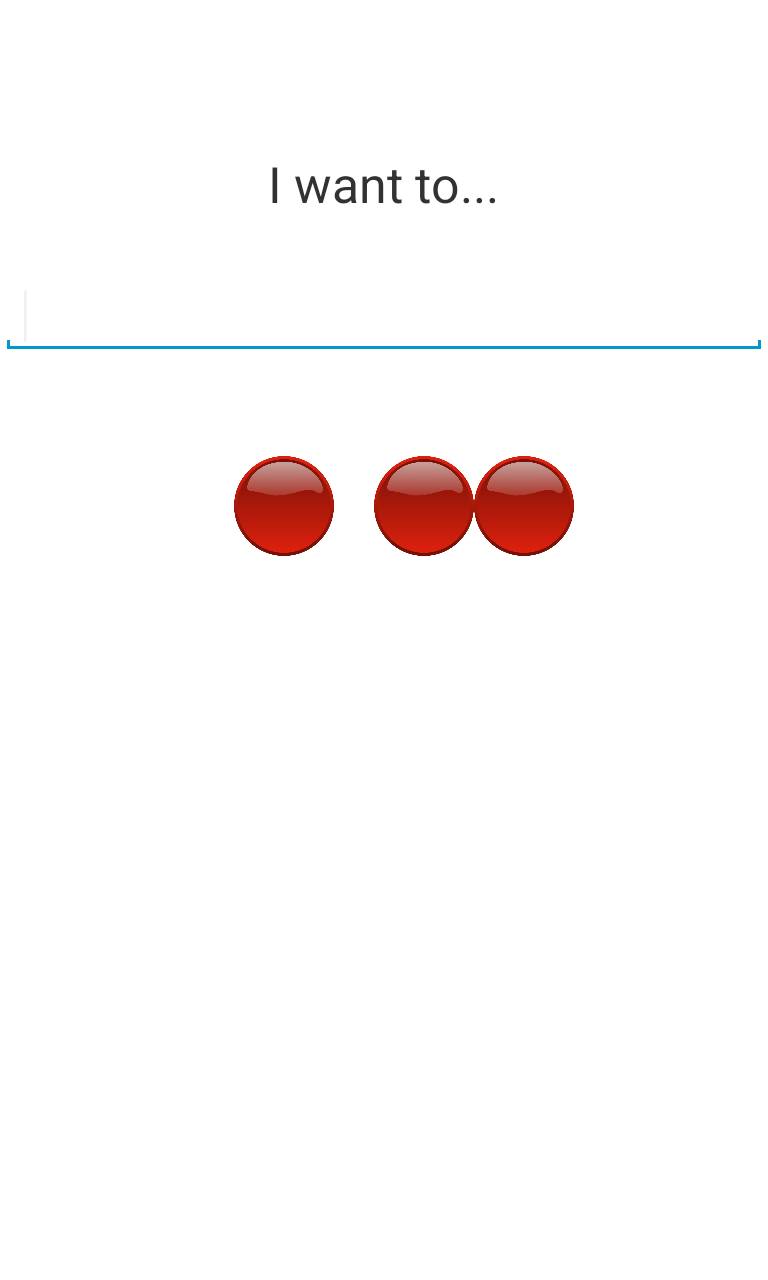
Repository: sbobra/women-startupweekend-sf
Layout: LaundryList/res/layout/activity_goal1.xml
These files come from the project's save history. The layout is drawn as it stood at one moment and after the next save; the edit follows.
It is drawn on a 768 x 1280 px phone screen (xhdpi) without system bars, with theme AppTheme; the app's code is not run.

Above is the layout before, as saved 2013-09-15 04:18:22.

### LaundryList/res/layout/activity_goal1.xml
<LinearLayout xmlns:android="http://schemas.android.com/apk/res/android"
    xmlns:tools="http://schemas.android.com/tools"
    android:layout_width="match_parent"
    android:layout_height="match_parent"
    android:layout_gravity="center"
    android:orientation="vertical" >

    <TextView
        android:id="@+id/welcomeText"
        android:layout_width="wrap_content"
        android:layout_height="wrap_content"
        android:layout_gravity="center"
        android:layout_marginTop="75dp"
        android:text="I want to..."
        android:textSize="25sp" />

    <EditText
        android:id="@+id/usernameTextBox"
        android:layout_width="wrap_content"
        android:layout_height="wrap_content"
        android:layout_marginTop="30dp"
        android:ems="30"
        android:inputType="textEmailAddress" >

        <requestFocus />
    </EditText>

    <LinearLayout
        android:layout_width="wrap_content"
        android:layout_height="wrap_content"
        android:layout_gravity="center"
        android:layout_marginTop="50dp"
        android:orientation="horizontal" >

        <ImageView
            android:id="@+id/doButton"
            android:layout_width="50dp"
            android:layout_height="50dp"
            android:layout_marginLeft="20dp"
            android:src="@drawable/redbutton" />

        <ImageView
            android:id="@+id/seeButton"
            android:layout_width="50dp"
            android:layout_height="50dp"
            android:layout_marginLeft="20dp"
            android:src="@drawable/redbutton" />

        <ImageView
            android:id="@+id/learnButton"
            android:layout_width="50dp"
            android:layout_height="50dp"
            android:src="@drawable/redbutton" />

    </LinearLayout>

</LinearLayout>

Loaded but not shown: LaundryList/res/values/styles.xml (common file); LaundryList/res/values-v11/styles.xml (common file); LaundryList/res/values-v14/styles.xml (common file)

After the next save:
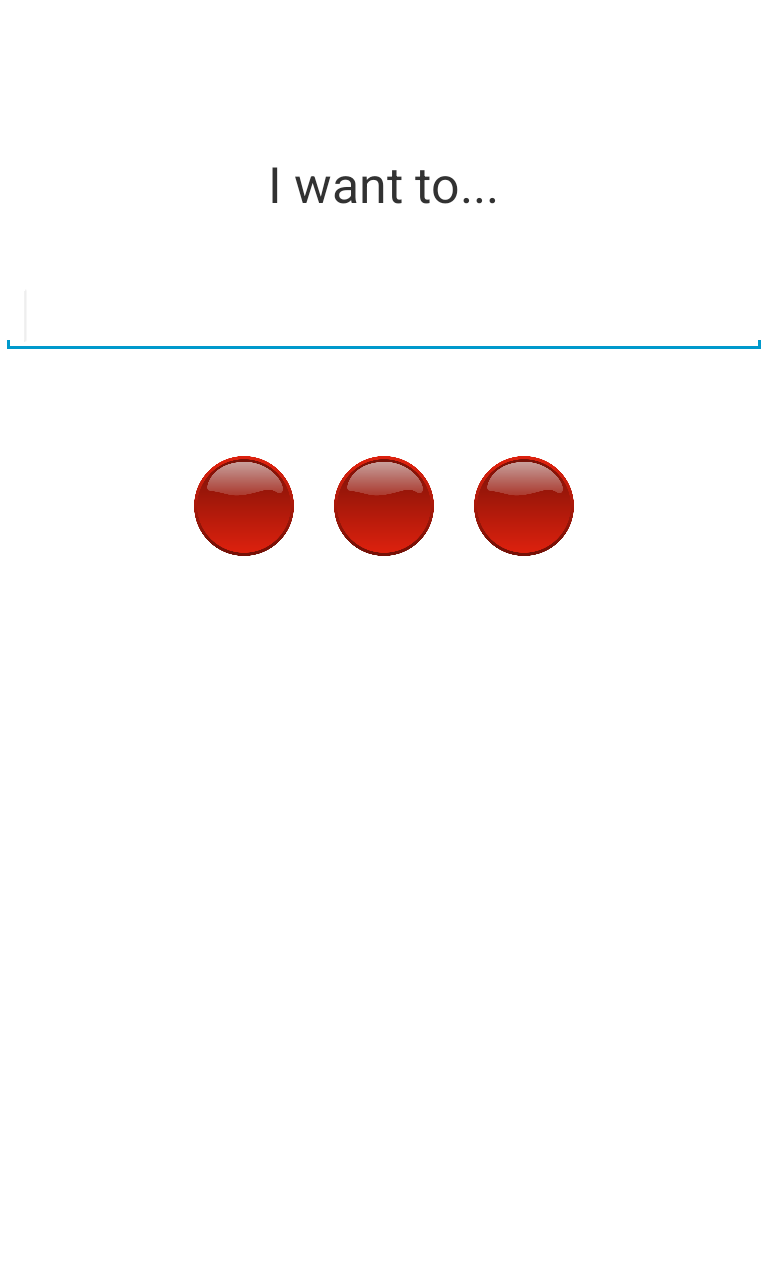
Saved 14 s later.
--- a/LaundryList/res/layout/activity_goal1.xml
+++ b/LaundryList/res/layout/activity_goal1.xml
@@ -36,14 +36,14 @@
             android:id="@+id/doButton"
             android:layout_width="50dp"
             android:layout_height="50dp"
-            android:layout_marginLeft="20dp"
+            android:layout_marginRight="20dp"
             android:src="@drawable/redbutton" />
 
         <ImageView
             android:id="@+id/seeButton"
             android:layout_width="50dp"
             android:layout_height="50dp"
-            android:layout_marginLeft="20dp"
+            android:layout_marginRight="20dp"
             android:src="@drawable/redbutton" />
 
         <ImageView
